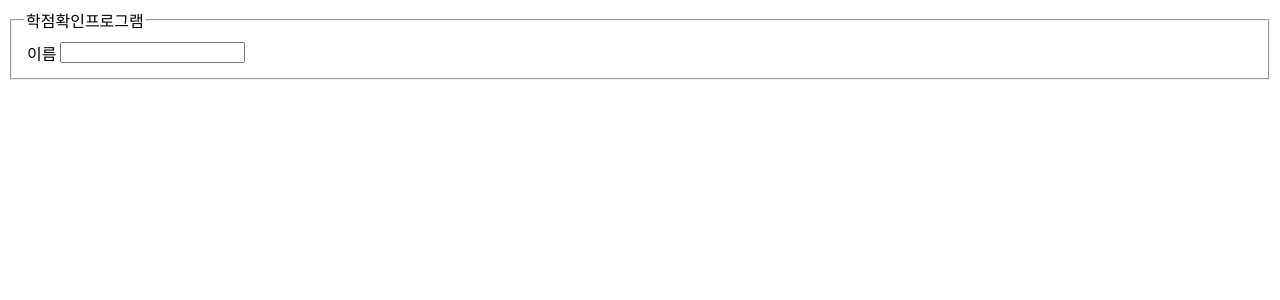
Repository: songhak1226/Web_Server
Page: Ex04Object/src/main/webapp/Ex01Request.html
These files come from the project's save history. The page is drawn as it stood at one moment and after the next save; the edit follows.
The browser window is 1280 px wide. The pictures show the whole page.

Above is the page before, as saved 2023-05-16 07:10:59.

After the next save:
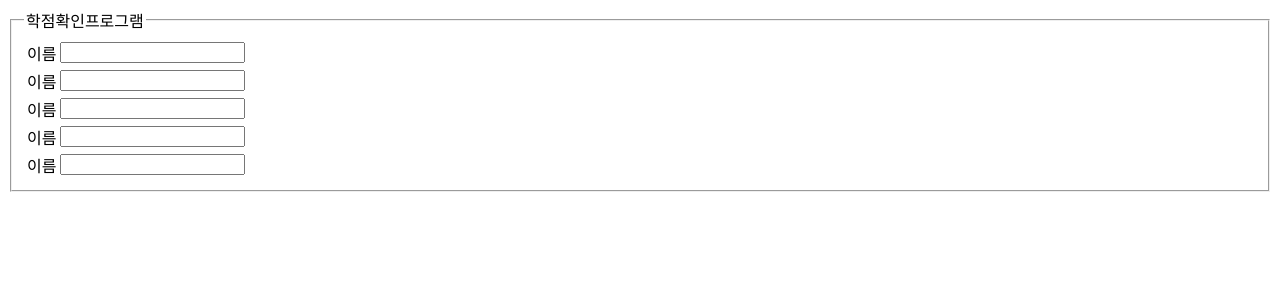
Saved 13 s later.
--- a/Ex04Object/src/main/webapp/Ex01Request.html
+++ b/Ex04Object/src/main/webapp/Ex01Request.html
@@ -13,6 +13,22 @@
 					<td>이름</td>
 					<td><input type="text" name="name"></td>
 				</tr>
+				<tr>
+					<td>이름</td>
+					<td><input type="text" name="name"></td>
+				</tr>
+				<tr>
+					<td>이름</td>
+					<td><input type="text" name="name"></td>
+				</tr>
+				<tr>
+					<td>이름</td>
+					<td><input type="text" name="name"></td>
+				</tr>
+				<tr>
+					<td>이름</td>
+					<td><input type="text" name="name"></td>
+				</tr>
 			</table>
 		</form>
 	</fieldset>
